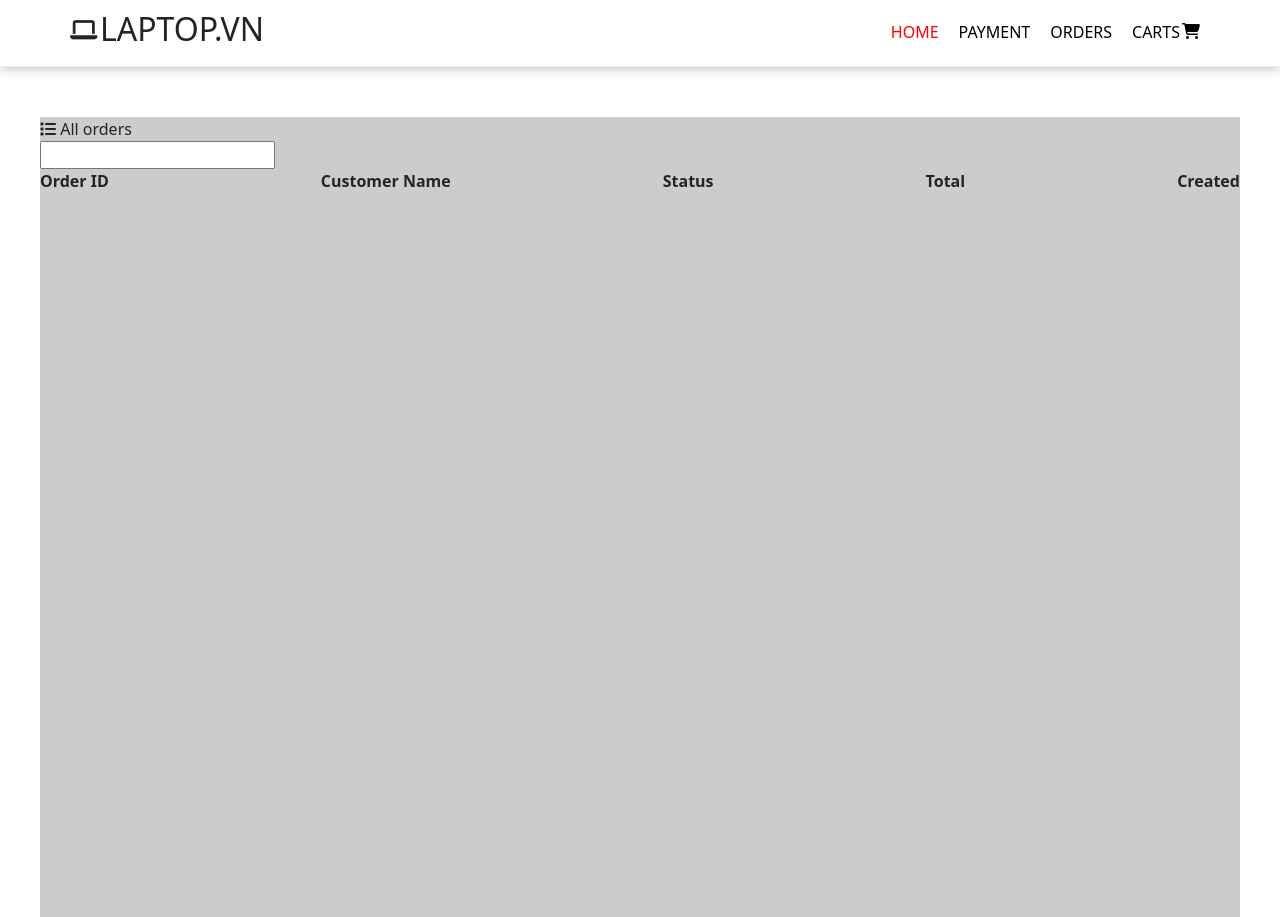
Repository: nguyenhaidang212/danh-sach-ban-hang
Page: index.html
The author's editor kept a copy of each file at every save. The page is drawn from the files as they stood at one save, then again after the next save.
The browser window is 1280 px wide. The pictures show the whole page.
The page's requests for data from a server got no answer. Some web libraries are served in a nearby version.

Above is the page before, as saved 2023-02-26 17:09:39.
Console error: TypeError: Cannot read properties of null (reading 'forEach')

After the next save:
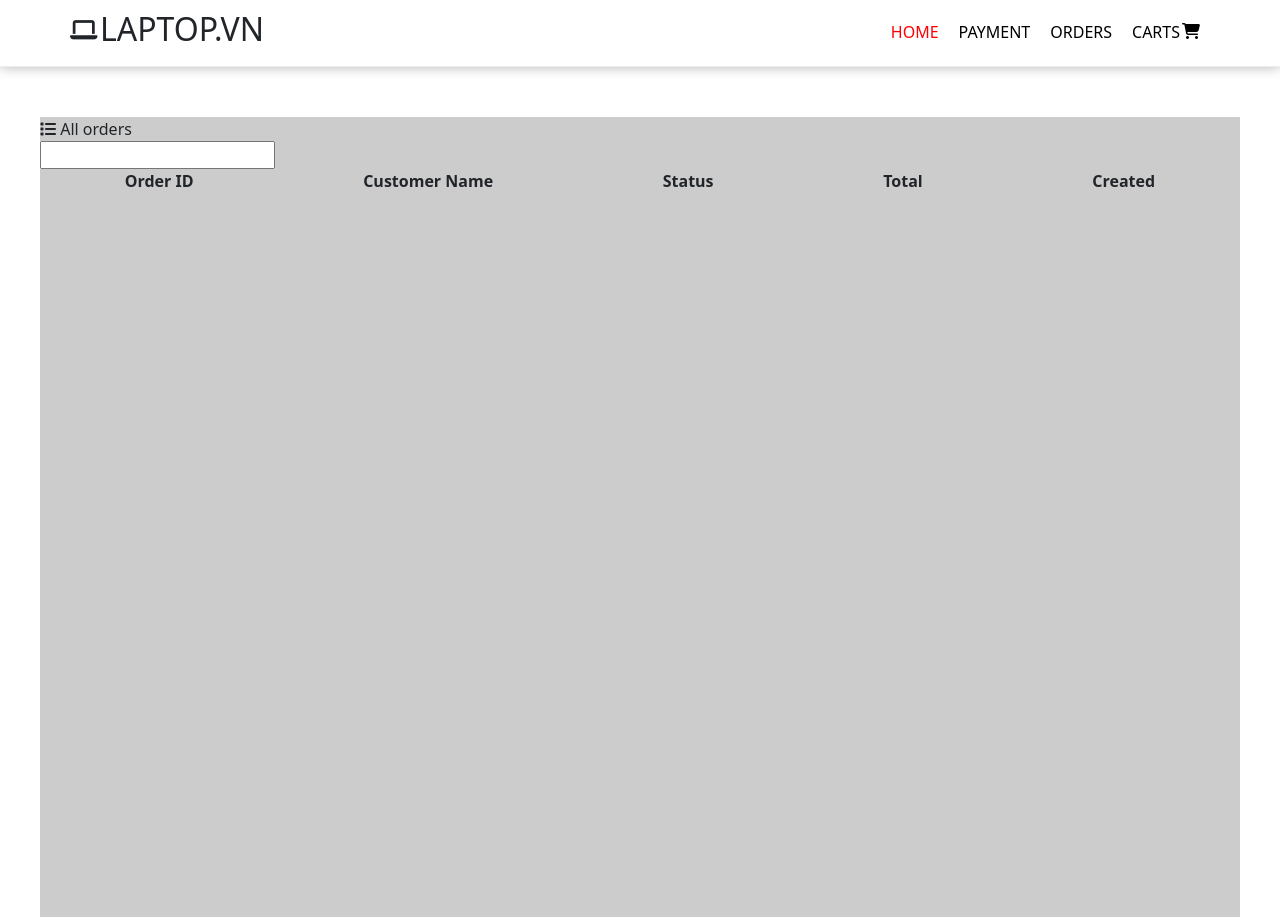
Saved 6 s later.
--- a/style.css
+++ b/style.css
@@ -424,5 +424,5 @@
 }
 .order-gird {
   display: flex;
-  justify-content: space-between;
-}
+  justify-content: space-around;
+}
